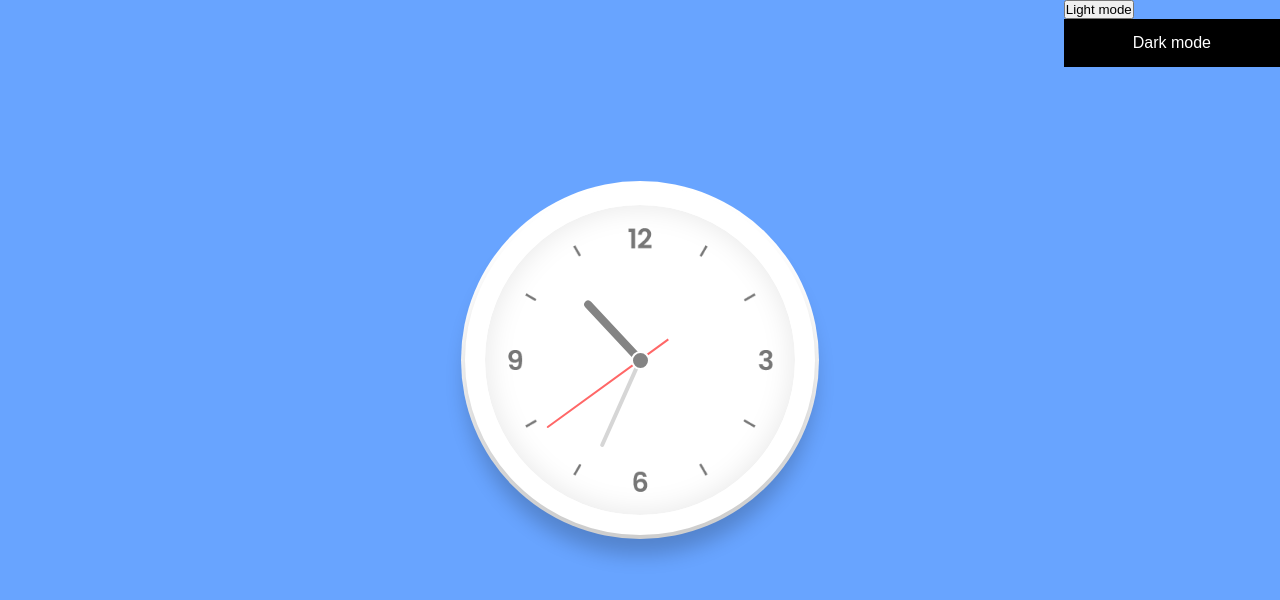
Repository: DaNiels89/analog-clock
Page: index.html
These files come from the project's save history. The page is drawn as it stood at one moment and after the next save; the edit follows.
The browser window is 1280 px wide. The pictures show the whole page.

Above is the page before, as saved 2020-06-20 12:42:53.

### index.html
<!DOCTYPE html>
<html lang="en">

<head>
    <meta charset="UTF-8">
    <meta name="viewport" content="width=device-width, initial-scale=1.0">
    <title>Analog Clock</title>
    <link rel="stylesheet" id="stylesheet" href="css/lightmode.css">
    <!-- <link rel="stylesheet" href="css/darkmode.css"> -->
</head>

<body>
    <div class="toggle-mode">
        <button class="button light-mode" onclick="lightMode()">Light mode</button>
        <button class="button dark-mode" onclick="darkMode()">Dark mode</button>
    </div>
    <div class="clock">
        <div class="hour">
            <div class="hr" id="hr"></div>
        </div>
        <div class="min">
            <div class="mn" id="mn"></div>
        </div>
        <div class="sec">
            <div class="sc" id="sc"></div>
        </div>
    </div>

    <script src="js/main.js"></script>
</body>

</html>

### css/lightmode.css
* {
    margin: 0;
    padding: 0;
    box-sizing: border-box;
  }

  body {
    display: flex;
    justify-content: center;
    align-items: center;
    min-height: 100vh;
    background: #68a4ff
  }

  .button.dark-mode {
    background-color: #000;
    width: 100%;
    border: none;
    color: white;
    padding: 15px 32px;
    text-align: center;
    text-decoration: none;
    font-size: 16px;
  }

  .button.light-mode.hidden {
    display: none;
  }

  .toggle-mode {
    position: absolute;
    right: 0;
    top: 0;
  }

  .clock {
    width: 350px;
    height: 350px;
    display: flex;
    justify-content: center;
    align-items: center;
    background: #fff url(../img/clock.png);
    background-size: cover;
    border-radius: 50%;
    border: 20px solid #fff;
    box-shadow: inset 0 0 30px rgba(0,0,0,.1),
                0 20px 20px rgba(0,0,0,.2),
                0 0 0 4px rgba(255,255,255,1);
  }

  .clock::before {
    content: "";
    position: absolute;
    width: 15px;
    height: 15px;
    background: #848484;
    border: 2px solid #fff;
    border-radius: 50%;
    z-index: 10000;
  }

  .clock .hour,
  .clock .min,
  .clock .sec {
    position: absolute;
  }

  .clock .hour, .hr {
    width: 160px;
    height: 160px;
  }

  .clock .min, .mn {
    width: 190px;
    height: 190px;
  }

  .clock .sec, .sc {
    width: 230px;
    height: 230px;
  }

  .hr, .mn, .sc {
    display: flex;
    justify-content: center;
    position: absolute;
    border-radius: 50%;;
  }

  .hr::before {
    content: "";
    position: absolute;
    width: 8px;
    height: 80px;
    background: #848484;
    z-index: 10;
    border-radius: 6px 6px 0 0;
  }

  .mn::before {
    content: "";
    position: absolute;
    width: 4px;
    height: 90px;
    background: #d6d6d6;
    z-index: 11;
    border-radius: 6px 6px 0 0;
  }

  .sc::before {
    content: "";
    position: absolute;
    width: 2px;
    height: 150px;
    background: #ff6767;
    z-index: 12;
    border-radius: 6px 6px 0 0;
  }

### js/main.js
const deg = 6
const hr = document.querySelector("#hr")
const mn = document.querySelector("#mn")
const sc = document.querySelector("#sc")

setInterval(() => {
    let day = new Date()
    let hh = day.getHours() * 30
    let mm = day.getMinutes() * deg
    let ss = day.getSeconds() * deg

    hr.style.transform = `rotateZ(${(hh) + (mm / 12)}deg)`
    mn.style.transform = `rotateZ(${(mm)}deg)`
    sc.style.transform = `rotateZ(${(ss)}deg)`
})

function lightMode() {
    document.getElementById("stylesheet").setAttribute('href', 'css/lightmode.css');
    document.querySelector(".button.light-mode").classList.add("hidden")
    document.querySelector(".button.dark-mode").classList.remove("hidden")
}

function darkMode() {
    document.getElementById("stylesheet").setAttribute('href', 'css/darkmode.css');
    document.querySelector(".button.light-mode").classList.remove("hidden")
    document.querySelector(".button.dark-mode").classList.add("hidden")
}

After the next save:
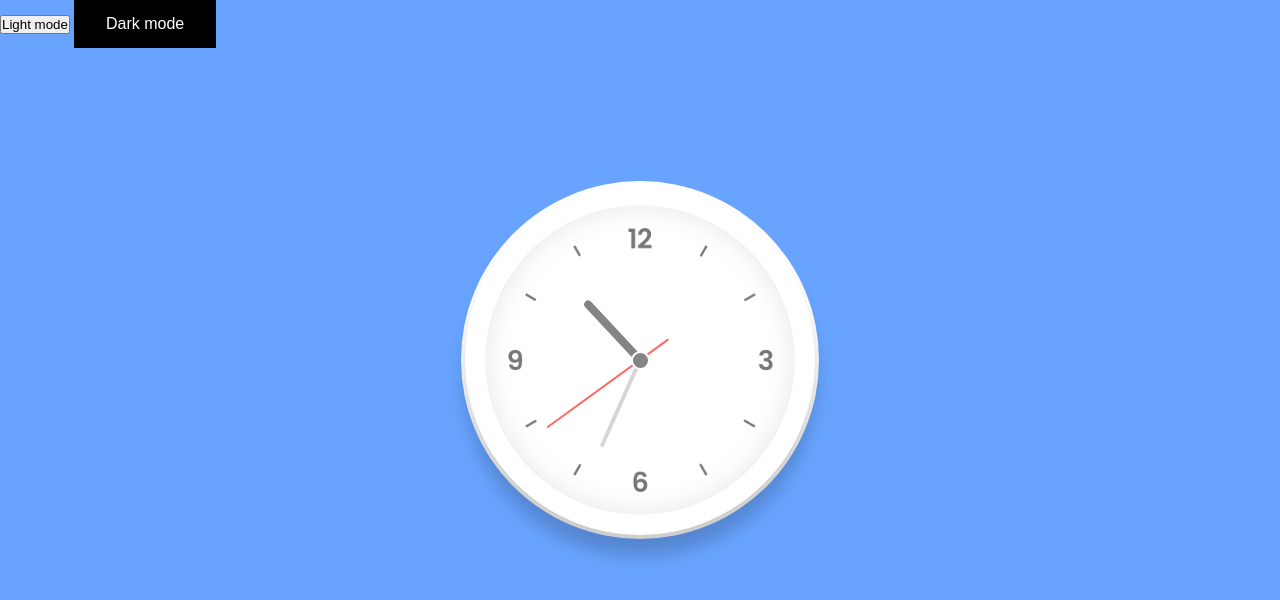
Saved 4 s later.
--- a/css/lightmode.css
+++ b/css/lightmode.css
@@ -14,7 +14,6 @@
 
   .button.dark-mode {
     background-color: #000;
-    width: 100%;
     border: none;
     color: white;
     padding: 15px 32px;
@@ -29,8 +28,9 @@
 
   .toggle-mode {
     position: absolute;
+    top: 0;
     right: 0;
-    top: 0;
+    left: 0
   }
 
   .clock {
